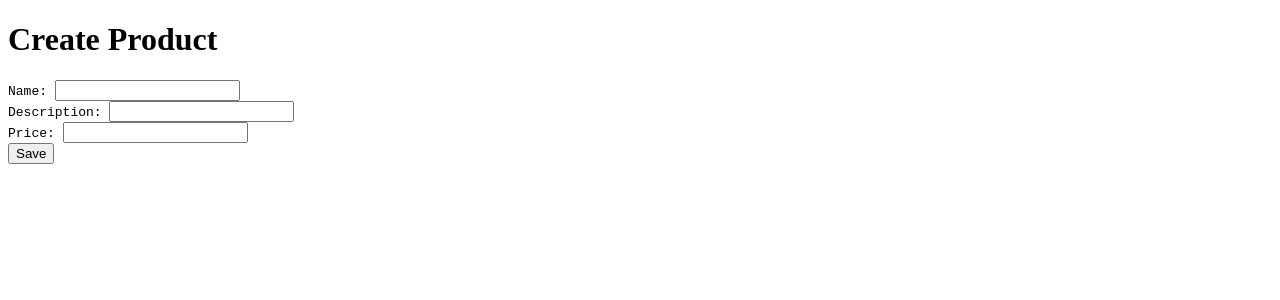
Repository: swetapaudel/Coupon-and-Product
Page: http://localhost/candpapp/createProduct.jsp
These files come from the project's save history. The page is drawn as it stood at one moment and after the next save; the edit follows.
The browser window is 1280 px wide. The pictures show the whole page.
The page is served by Tomcat 9. Other server files are loaded and not shown.

Above is the page before, as saved 2020-07-20 16:54:51.

### Coupon and Product/candpapp/WebContent/createProduct.jsp
<%@ page language="java" contentType="text/html; charset=UTF-8"
	pageEncoding="UTF-8"%>
<!DOCTYPE html>
<html>
<head>
<meta charset="UTF-8">
<title>Create Product</title>
</head>
<body>
	<h1>Create Product</h1>
	<form action="">
		<pre>
Name: <input type="text" name="name" />
Description: <input type="text" name="description" />
Price: <input type="text" name="price" />
<input type="submit" value="Save">
</pre>
	</form>
</body>
</html>

After the next save:
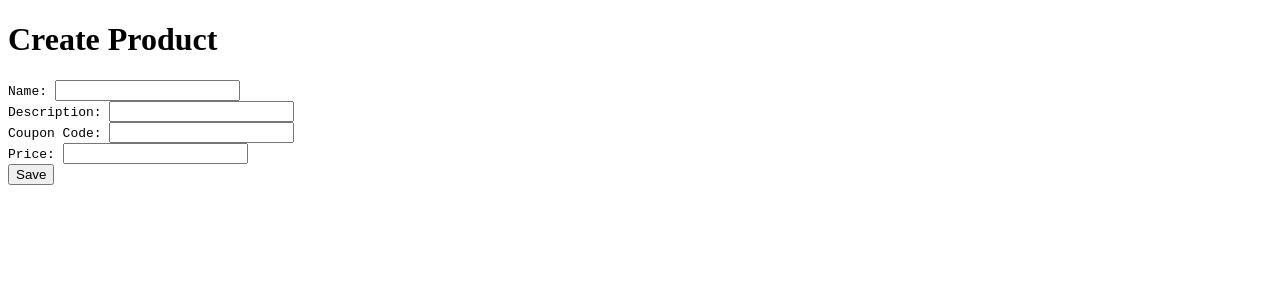
Saved 106 s later.
--- a/Coupon and Product/candpapp/WebContent/createProduct.jsp
+++ b/Coupon and Product/candpapp/WebContent/createProduct.jsp
@@ -8,10 +8,11 @@
 </head>
 <body>
 	<h1>Create Product</h1>
-	<form action="">
+	<form action="products" method="post">
 		<pre>
 Name: <input type="text" name="name" />
 Description: <input type="text" name="description" />
+Coupon Code: <input type="text" name="couponCode" />
 Price: <input type="text" name="price" />
 <input type="submit" value="Save">
 </pre>
